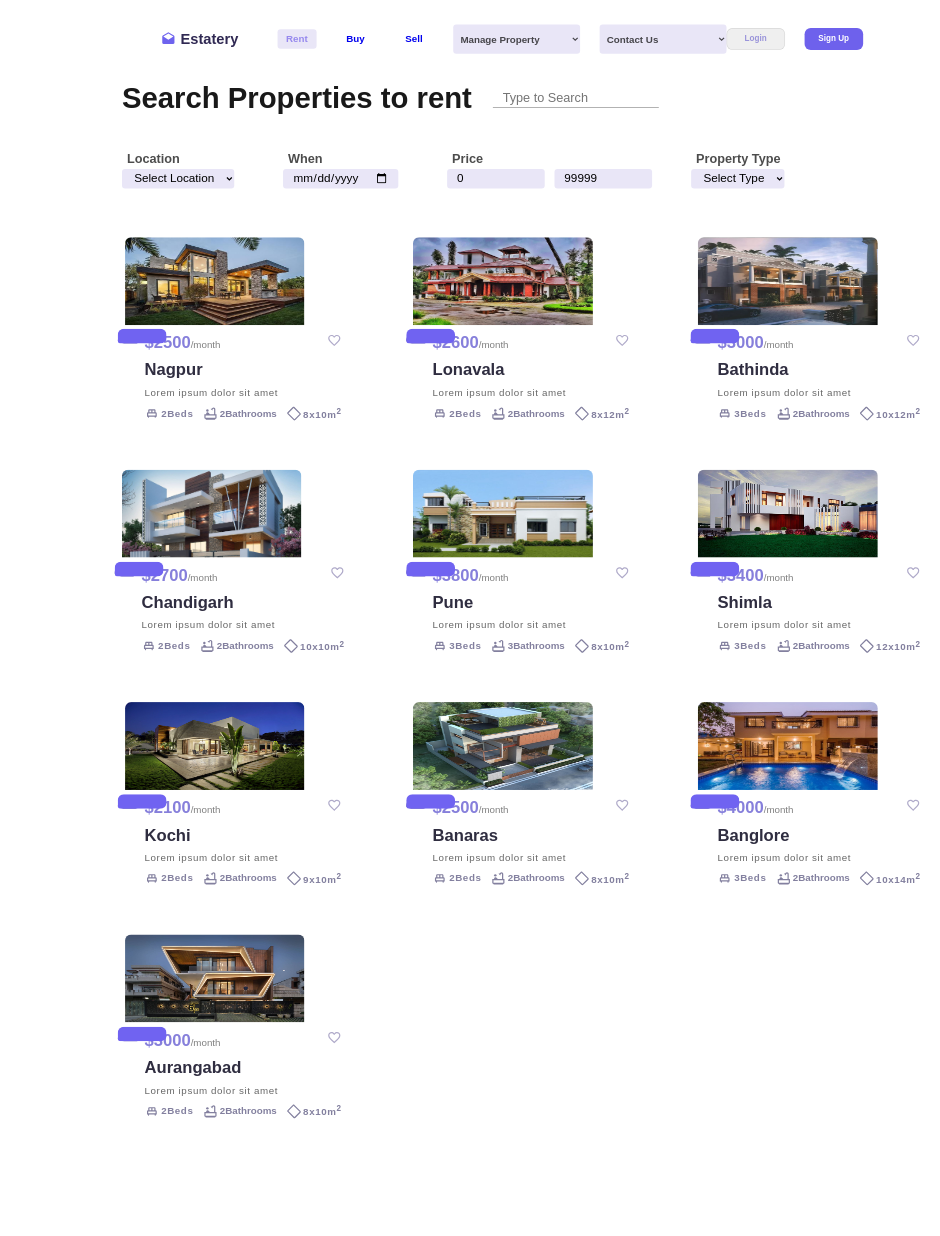
Repository: kapil4457/Reunion-Internship-Assignment
Page: /
An editor plug-in stored every save of this project. The page is shown before and after the next save, followed by the edit.
The browser window is 1280 px wide. The page is 1541 px wide, so the pictures cover 1541 px, including what lies to the right of the window. The pictures show the whole page, at 61% of full size.
The project was rebuilt for these pictures with package versions that can differ from the ones it lists, and the page was loaded fresh each time. Also part of the build but not shown: src/App.css.

Above is the page before, as saved 2022-10-07 20:18:41.

### public/index.html
<!DOCTYPE html>
<html lang="en">
  <head>
    <meta charset="utf-8" />
    <link rel="icon" href="%PUBLIC_URL%/favicon.ico" />
    <meta name="viewport" content="width=device-width, initial-scale=1" />
    <meta name="theme-color" content="#000000" />
    <meta
      name="description"
      content="Web site created using create-react-app"
    />
    <link href="https://fonts.googleapis.com/css2?family=Roboto:ital,wght@1,300&display=swap" rel="stylesheet">
    <link rel="apple-touch-icon" href="%PUBLIC_URL%/logo192.png" />
    <link rel="preconnect" href="https://fonts.googleapis.com">
    <link rel="preconnect" href="https://fonts.googleapis.com">
    <!--
      manifest.json provides metadata used when your web app is installed on a
      user's mobile device or desktop. See https://developers.google.com/web/fundamentals/web-app-manifest/
    -->
    <link rel="manifest" href="%PUBLIC_URL%/manifest.json" />
    <!--
      Notice the use of %PUBLIC_URL% in the tags above.
      It will be replaced with the URL of the `public` folder during the build.
      Only files inside the `public` folder can be referenced from the HTML.

      Unlike "/favicon.ico" or "favicon.ico", "%PUBLIC_URL%/favicon.ico" will
      work correctly both with client-side routing and a non-root public URL.
      Learn how to configure a non-root public URL by running `npm run build`.
    -->
    <title>React App</title>
  </head>
  <body>
    <noscript>You need to enable JavaScript to run this app.</noscript>
    <div id="root"></div>
    <!--
      This HTML file is a template.
      If you open it directly in the browser, you will see an empty page.

      You can add webfonts, meta tags, or analytics to this file.
      The build step will place the bundled scripts into the <body> tag.

      To begin the development, run `npm start` or `yarn start`.
      To create a production bundle, use `npm run build` or `yarn build`.
    -->
  </body>
</html>

### src/index.css
*{
  font-family: 'Poppins', sans-serif;
  font-weight:600;
}

/* Chrome, Safari, Edge, Opera */
input::-webkit-outer-spin-button,
input::-webkit-inner-spin-button {
  -webkit-appearance: none;
  margin: 0;
}

/* Firefox */
input[type=number] {
  -moz-appearance: textfield;
}

### src/App.js
import { Route, Routes } from 'react-router-dom';
import './App.css';
import Header from './components/Header/Header';
import Home from  './components/Home/Home'
import Rent from './components/Rent/Rent';

function App() {
  return (
    <>
    <Header />
    <Routes>
      <Route path='/' element={<Home/>}/>
      <Route path='/rent' element={<Rent/>}/>
    </Routes>
    </>
  );
}

export default App;

### src/components/Header/Header.jsx
import React from "react";
import DraftsIcon from "@mui/icons-material/Drafts";
import { NavLink } from "react-router-dom";
import "./Header.css";
const Header = () => {
  return (
    <>
      <div className="header">
        <div className="left">
          <div className="logo">
            <DraftsIcon />
            <span>Estatery</span>
          </div>
          <div className="categories">
            <NavLink
              to="/rent"
              className={({ isActive }) => (isActive ? "activeClass" : "")}
            >
              Rent
            </NavLink>
            <NavLink
              to="/buy"
              className={({ isActive }) => (isActive ? "activeClass" : "")}
            >
              Buy
            </NavLink>
            <NavLink
              to="/sell"
              className={({ isActive }) => (isActive ? "activeClass" : "")}
            >
              Sell
            </NavLink>
            <select name="" id="manage">
              <option value="Manage Property" hidden>
                Manage Property
              </option>
              <option value="Owned">Owned</option>
              <option value="BookMarked">BookMarked</option>
            </select>
            <select name="" id="resources">
              <option value="contact">Contact Us</option>
              <option value="FAQ">FAQ</option>
            </select>
          </div>
        </div>
        <div className="right">
          <button className="login">Login</button>
          <button className="sign-up">Sign Up</button>
        </div>
      </div>
    </>
  );
};

export default Header;

### src/components/Home/Home.jsx
import React, { useEffect } from "react";
import { useNavigate } from "react-router-dom";

const Home = () => {
  const navigate = useNavigate();
  useEffect(() => {
    navigate("/rent");
  });
  return <></>;
};

export default Home;

### src/components/Rent/Rent.jsx
import React, { useState } from "react";
import { home } from "../../home";
import RentCard from "../RentCard/RentCard";
import "./Rent.css";
const Rent = () => {
  const [location, setlocation] = useState("");
  const [rangeMin, setMinRange] = useState(0);
  const [rangeMax, setMaxRange] = useState(99999);
  const [type, setType] = useState("");
  const [date, setDate] = useState(new Date());
  const [typed, setTyped] = useState("");

  //date -> YY/MM/DD format
  const filtering = (val) => {
    var dateNow = new Date(val.moveIn);
    var date2 = new Date(date);

    if (
      (location === "" || location == val.state || location == "All") &&
      (parseInt(rangeMax) > val.price || rangeMax == "") &&
      (parseInt(rangeMin) < val.price || rangeMin == "") &&
      date2 <= dateNow &&
      (typed === "" ||
        val.state.includes(typed) ||
        val.address.includes(typed)) &&
      (type == "" || type == val.type || type == "All")
    ) {
      console.log(date2, dateNow);
      return true;
    }
  };
  return (
    <>
      <div className="rent-main">
        <div className="first">
          <div className="heading">Search Properties to rent</div>
          <input
            className="search-bar"
            placeholder="Type to Search"
            value={typed}
            onChange={(e) => {
              setTyped(e.target.value);
            }}
          />
        </div>
        <div className="second">
          <div>
            <span>Location</span>
            <select
              name=""
              id=""
              onChange={(e) => {
                setlocation(e.target.value);
              }}
            >
              <option value="" hidden>
                Select Location
              </option>
              <option value="All">All</option>
              <option value="Bathinda">Bathinda</option>
              <option value="Nagpur">Nagpur</option>
              <option value="Lonavala">Lonavala</option>
              <option value="Chandigarh">Chandigarh</option>
              <option value="Pune">Pune</option>
              <option value="Shimla">Shimla</option>
              <option value="Kochi">Kochi</option>
              <option value="Banaras">Banaras</option>
              <option value="Banglore">Banglore</option>
              <option value="Aurangabad">Aurangabad</option>
            </select>
          </div>
          <div>
            <span>When</span>
            <input
              type="date"
              onChange={(e) => {
                setDate(e.target.value);
              }}
            />
          </div>
          <div>
            <span>Price</span>
            <div>
              <input
                type="number"
                placeholder="Minimum"
                value={rangeMin}
                onChange={(e) => {
                  setMinRange(e.target.value);
                }}
              />
              <input
                type="number"
                placeholder="Maximum"
                value={rangeMax}
                onChange={(e) => {
                  setMaxRange(e.target.value);
                }}
              />
            </div>
          </div>
          <div>
            <span>Property Type</span>
            <select
              name=""
              id=""
              onChange={(e) => {
                setType(e.target.value);
              }}
            >
              <option value="" hidden>
                Select Type
              </option>
              <option value="All">All</option>
              <option value="Villa">Villa</option>
              <option value="Flats">Flats</option>
              <option value="RowHouse">RowHouse</option>
            </select>
          </div>
        </div>
        <div className="rent-cards">
          {home.filter(filtering).map((item, idx) => (
            <RentCard data={item} key={idx} />
          ))}
        </div>
      </div>
    </>
  );
};

export default Rent;

### src/components/Header/Header.css

.header{
display:flex;
justify-content:space-between;
align-items:center;
padding:2rem 4rem;
}

.left{
    display:flex;
    align-items:center;
    gap:4rem;
}
.left > .logo{
    display:flex;
    align-items:center;
    gap:0.5rem;
    font-size:1.5rem;
    font-weight:650;
    color:rgb(48,41,83);
}

.left > .logo > svg{
    color:rgb(110,99,238);
}

.categories{
    display:flex;
    align-items:center;
    gap:2rem;
}

.categories > a{
    text-decoration:none;
    font-weight:550;
    height:2rem;
    display:flex;
    align-items:center;
    width:4rem;
    justify-content: center;
}

.activeClass{
    color:rgb(150, 136, 238);
    background-color: rgb(233,230,247);
    border-radius: 5px;
}

.categories > select{
    width:13rem;
    height:3rem;
    border:none;
    outline:none;
    color:rgba(0,0,0,0.7);
    font-weight:550;
    background-color:rgb(233,230,247);
    border-radius:5px;
    padding:0 0.5rem;
    font-size:1rem;
}

.categories > select > option{
    font-size:1rem;
    font-weight:550;

}
.right{
    display:flex;
    align-items:center;
    gap:2rem;

}

.right > button {
    width:6rem;
    height:2.3rem;
    border-radius:10px;
    outline:none;

}

.login{
border:1px solid rgba(0,0,0,0.1);
color:rgb(154, 148, 218);
font-weight:650;
cursor:pointer;
}

.sign-up
{
    background-color:rgb(110,97,236);
    color:white;
    cursor:pointer;
    border:none;
}

### src/home.js
export const home = [

        {
            state:"Nagpur",
            price:2500,
            address:" Lorem ipsum dolor sit amet ",
            bedCount:2,
            bathCount:2,
            area:"8x10",
            image:"h1.jpg",
            moveIn:new Date(2022,10,20),
            type:"Villa"

        },
        {
            state:"Lonavala",
            price:2600,
            address:" Lorem ipsum dolor sit amet ",
            bedCount:2,
            bathCount:2,
            area:"8x12",
            image:"h2.jpg",
            moveIn:new Date(2022,11,20),
            type:"Flats"



        },     {
            state:"Bathinda",
            price:3000,
            address:" Lorem ipsum dolor sit amet ",
            bedCount:3,
            bathCount:2,
            area:"10x12",
            image:"h3.jpg",
            moveIn:new Date(2022,11,12),
            type:"RowHouse"



        },     {
            state:"Chandigarh",
            price:2700,
            address:" Lorem ipsum dolor sit amet ",
            bedCount:2,
            bathCount:2,
            area:"10x10",
            image:"h4.jpg",
            moveIn:new Date(2023,1,20),
            type:"Villa"



        },     {
            state:"Pune",
            price:3800,
            address:" Lorem ipsum dolor sit amet ",
            bedCount:3,
            bathCount:3,
            area:"8x10",
            image:"h5.jpg",
            moveIn:new Date(2023,1,10),
            type:"Flats"


        },     {
            state:"Shimla",
            price:3400,
            address:" Lorem ipsum dolor sit amet ",
            bedCount:3,
            bathCount:2,
            area:"12x10",
            image:"h6.jpg",
            moveIn:new Date(2023,2,15),
            type:"RowHouse"



        },     {
            state:"Kochi",
            price:2100,
            address:" Lorem ipsum dolor sit amet ",
            bedCount:2,
            bathCount:2,
            area:"9x10",
            image:"h7.jpg",
            moveIn:new Date(2023 , 2 ,15),
            type:"Villa"


        },     {
            state:"Banaras",
            price:2500,
            address:" Lorem ipsum dolor sit amet ",
            bedCount:2,
            bathCount:2,
            area:"8x10",
            image:"h8.jpg",
            moveIn:new Date(2023 , 3 ,19),
            type:"Flats"



        },     {
            state:"Banglore",
            price:4000,
            address:" Lorem ipsum dolor sit amet ",
            bedCount:3,
            bathCount:2,
            area:"10x14",
            image:"h9.jpg",
            moveIn:new Date(2023 , 5 , 19),
            type:"RowHouse"



        },     {
            state:"Aurangabad",
            price:3000,
            address:" Lorem ipsum dolor sit amet ",
            bedCount:2,
            bathCount:2,
            area:"8x10",
            image:"h10.jpg",
            moveIn:new Date(2023 , 6 , 6),
            type:"Villa"



        },

]

### src/components/RentCard/RentCard.jsx
import React, { useState } from "react";
import "./RentCard.css";
import FavoriteBorderIcon from "@mui/icons-material/FavoriteBorder";
import SingleBedIcon from "@mui/icons-material/SingleBed";
import BathtubOutlinedIcon from "@mui/icons-material/BathtubOutlined";
import Crop54Icon from "@mui/icons-material/Crop54";

const RentCard = ({ data }) => {
  const [color, setColor] = useState("rgb(176,171,202)");
  const changeColor = () => {
    if (color == "rgb(176,171,202)") {
      setColor("red");
    } else {
      setColor("rgb(176,171,202)");
    }
  };
  return (
    <div className="rent-card-main">
      <div className="purple-tag">
        <div className="straight"></div>
        <div className="slant"></div>
      </div>
      <div className="main-image">
        <img src={`${data.image}`} alt="" />
      </div>
      <div className="rent-card-info">
        <div className="rent-card-price">
          <div>
            <span>${data.price}</span>/month
          </div>
          <FavoriteBorderIcon
            style={{ color: `${color}` }}
            onClick={changeColor}
          />
        </div>
        <div className="rent-card-name">{data.state}</div>
        <div className="rent-card-address">{data.address}</div>
        <div className="icons">
          <div className="beds">
            <SingleBedIcon />
            <span>{data.bedCount}Beds</span>
          </div>
          <div className="bath">
            <BathtubOutlinedIcon />
            <span>{data.bathCount}Bathrooms</span>
          </div>
          <div className="area">
            <Crop54Icon />
            <span>
              {data.area}m<sup>2</sup>
            </span>
          </div>
        </div>
      </div>
    </div>
  );
};

export default RentCard;

### src/components/Rent/Rent.css
body{

    padding:0 12rem;
}
.rent-main{
    margin-bottom: 12rem;
}

.first{
    display:flex;
    height:5rem;
    justify-content: space-between;
    align-items:center;
    margin-bottom:3rem;
}

.first > .heading{
    font-size:3rem;
    font-weight:650;
    color:rgba(0,0,0,0.9);
}

.first > .search-bar{
    width:15rem;
    padding:0 1rem;
    border:none;
    border-bottom:1px solid gray;
    outline:none;
    height:2rem;
    font-size:1.3rem;
    font-weight:250;
}
.second > div >select {
    font-size:1.2rem;
    height:2rem;
    padding:0 1rem;
    border-radius:5px;
    border:none;
    outline:none;
    background-color:rgb(233,230,247);
    font-weight: 450;
}
.second > div >select >option{
    font-weight: 450;
}
.second > div >input  , .second > div >div>input {
    font-size:1.2rem;
    height:2rem;
    border-radius:5px;
    border:none;
    outline:none;
    padding:0 1rem;
    font-weight: 450;
    background-color:rgb(233,230,247);
}

.second > div >div{
display:flex;
gap:1rem;

}
.second > div >div>input{
width:8rem;

}
.second{
    display: flex;
    gap:5rem;
}
.second>div{
    display:flex;
    flex-direction: column;
    width:20rem;
    gap:0.3rem;
}

.second >div>span{
    color:rgba(0,0,0,0.7);
    font-size:1.3rem;
    font-weight:550;
    padding-left:0.5rem;
}


.rent-cards{
    display:grid;
    grid-template-columns: 1fr 1fr 1fr;
    margin-top:5rem;
    place-items:center;
    gap:5rem;
    border-radius:10px;

}

### src/components/RentCard/RentCard.css

.rent-card-main{
    position:relative;
}

.main-image{
    width:23vw;
    border-radius:10px 10px 0 0;
    height:20vh;
}

.rent-card-info{
    padding:0.8rem 2rem 0 2rem;
    display: flex;
    flex-direction: column;
    gap:0.8rem;

}

.main-image > img{
    border-radius:10px 10px 0 0;
width:100%;
height:100%;
}

.rent-card-price{
    display:flex;
    justify-content:space-between;

}
.rent-card-price >div{
    color:gray;
    font-weight: 500;
}
.rent-card-price > svg{
    color:rgb(176,171,202);
    cursor:pointer;
}

.rent-card-price >div > span{
    font-size:1.7rem;
    font-weight:600;
    color:rgb(134, 127, 219);
}

.rent-card-name{
    /* padding:0.7rem 0 0 0 ; */
    font-weight:670;
    color:rgb(47,45,64);
    font-size:1.7rem;
}
.rent-card-address{
    color:rgba(0,0,0,0.6);
    font-weight: 350;
    letter-spacing: 1px;
}

.icons{
    display:flex;
    gap:1rem;
}

.icons > .beds , .icons > .bath , .icons >.area{
    display: flex;
    align-items: center;
    gap:0.2rem;
    font-weight:450;
    color:rgb(131,128,159);
}

.icons > .beds>span , .icons>span > .bath>span, .icons >.area>span{
    letter-spacing: 1px;
}

.icons > .area  > svg{
    transform:rotate(45deg)

}

.purple-tag{
    position: absolute;
    width:5rem;
    height:1.5rem;
    top:50%;
    left:-3%;
    overflow: hidden;

}

.purple-tag > .straight{
    position: absolute;;
    width:100%;
    height: 100%;
    /* border:1px solid black; */
    border-radius:10px 10px 10px 5px;
    background-color: rgb(112,99,241);
    z-index: 1;
}

.purple-tag > .slant{
    position:absolute;
    top:70%;
    height:40%;
    left:-1%;
    background-color:rgb(102,92,189);
    width:40%;
    /* transform: skew(70deg); */
    transform:rotate(25deg)
    /* border:1px solid black; */
}

Loaded but not shown: src/index.js (common file); src/reportWebVitals.js (common file)

After the next save:
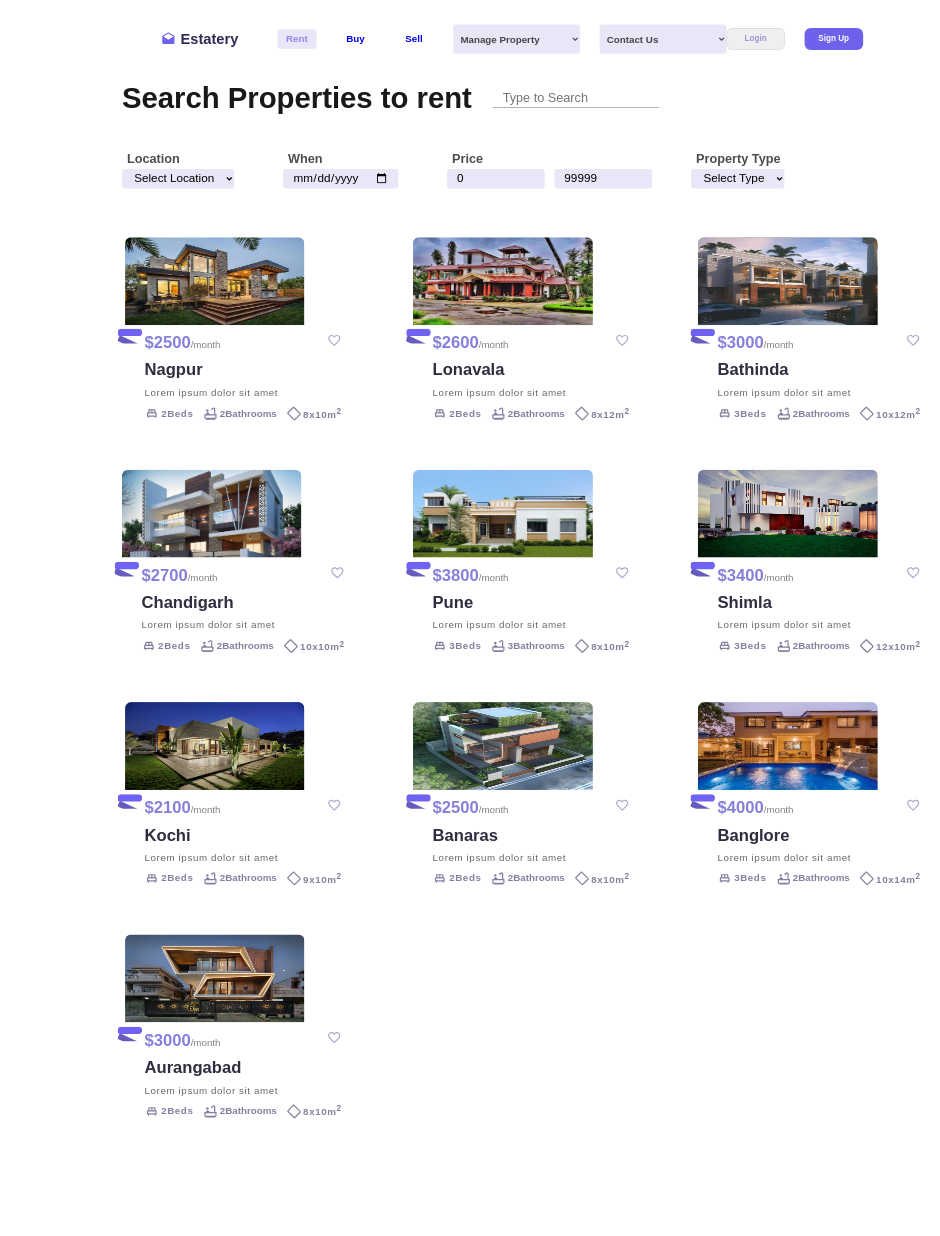
Saved 11 s later.
--- a/src/components/RentCard/RentCard.css
+++ b/src/components/RentCard/RentCard.css
@@ -89,8 +89,8 @@
 
 .purple-tag > .straight{
     position: absolute;;
-    width:100%;
-    height: 100%;
+    width:50%;
+    height: 50%;
     /* border:1px solid black; */
     border-radius:10px 10px 10px 5px;
     background-color: rgb(112,99,241);

After the save that followed:
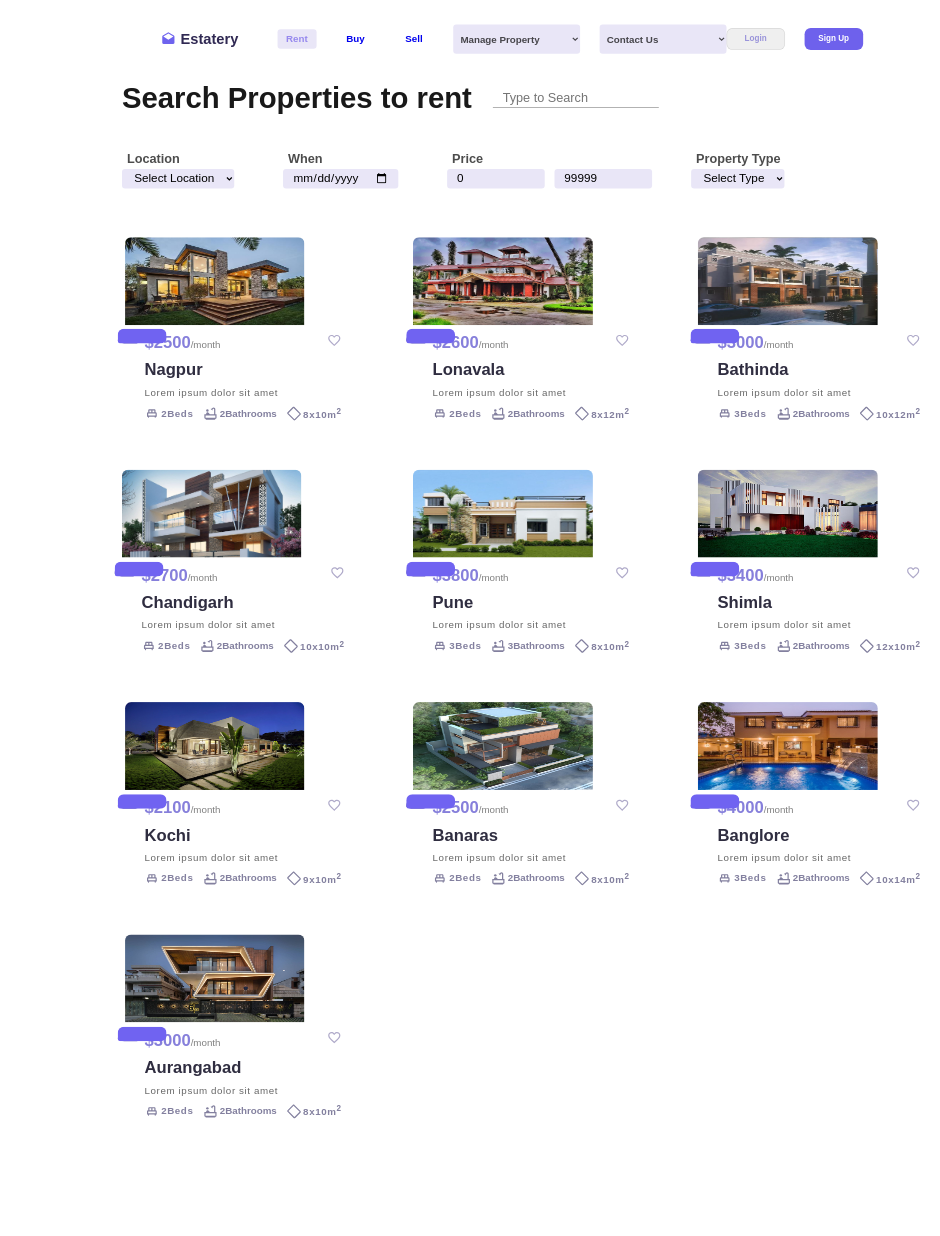
Saved 8 s later.
--- a/src/components/RentCard/RentCard.css
+++ b/src/components/RentCard/RentCard.css
@@ -89,8 +89,8 @@
 
 .purple-tag > .straight{
     position: absolute;;
-    width:50%;
-    height: 50%;
+    width:100%;
+    height: 100%;
     /* border:1px solid black; */
     border-radius:10px 10px 10px 5px;
     background-color: rgb(112,99,241);
